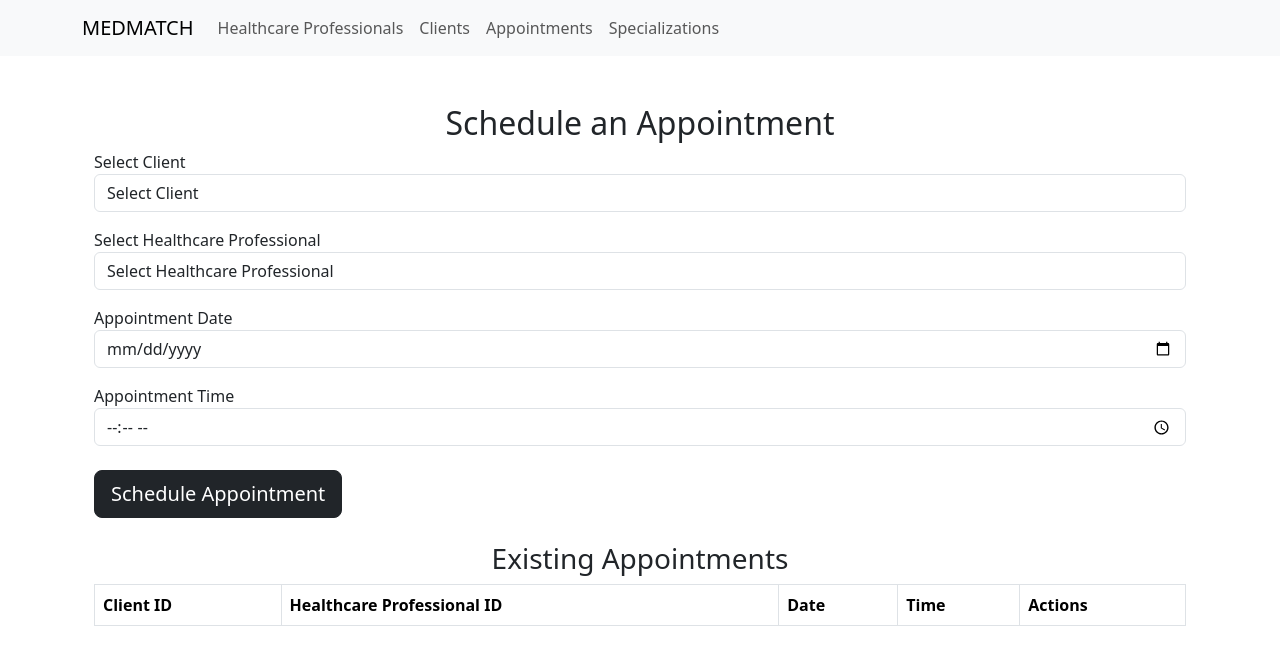
Repository: fahma20/medmatch-platform
Page: /appointments (app in client/)
An editor plug-in stored every save of this project. The page is shown before and after a run of saves, followed by the edit.
The browser window is 1280 px wide. The pictures show the whole page.
The page's requests for data from a server got no answer. The project was rebuilt for these pictures with package versions that can differ from the ones it lists, and the page was loaded fresh each time. No one was signed in, and anything a server would have sent is missing. Also part of the build but not shown: client/src/components/Healthcareprofessionals.js, client/src/components/Specializations.js, client/src/components/Clients.js, client/src/components/Homepage.js.

Above is the page before, as saved 2025-01-31 10:20:24.

### client/src/index.js
import React from "react";
import ReactDOM from "react-dom";
import App from './components/App';  // Correct path to the App component


ReactDOM.render(
  <React.StrictMode>
    <App />
  </React.StrictMode>,
  document.getElementById("root")
);

### client/src/components/App.js
import React from 'react';
import { BrowserRouter as Router, Routes, Route } from 'react-router-dom';
import 'bootstrap/dist/css/bootstrap.min.css';

import HealthcareProfessionals from './Healthcareprofessionals'; // Ensure the correct name and casing
import Specializations from './Specializations';
import Appointments from './Appointments';
import Clients from './Clients';
import Navbar from './Navbar';
import HomePage from './Homepage'; // Corrected import to HomePage

const App = () => {
  return (
    <Router>
      <Navbar /> {/* Your Navbar component */}
      <div className="container mt-5">
        <Routes>
          {/* Add HomePage as the route for the root path */}
          <Route path="/" element={<HomePage />} /> {/* Home Page */}
          <Route path="/clients" element={<Clients />} />
          <Route path="/appointments" element={<Appointments />} />
          <Route path="/specializations" element={<Specializations />} />
          <Route path="/healthcare-professionals" element={<HealthcareProfessionals />} /> {/* Healthcare Professionals Page */}
        </Routes>
      </div>
    </Router>
  );
};

export default App;

### client/src/components/Appointments.js

/*
import React, { useState, useEffect } from 'react';
import { Formik, Field, Form, ErrorMessage } from 'formik';
import * as Yup from 'yup';

const Appointments = () => {
  const [appointments, setAppointments] = useState([]);

  // Fetch appointments
  useEffect(() => {
    const fetchAppointments = async () => {
      try {
        const response = await fetch('http://127.0.0.1:5000/api/appointments');
        const data = await response.json();
        setAppointments(data);
      } catch (error) {
        console.error('Error fetching appointments:', error);
      }
    };
    fetchAppointments();
  }, []);

  // Validation schema for creating/editing appointment
  const validationSchema = Yup.object({
    clientId: Yup.number().required('Client ID is required'),
    doctorId: Yup.number().required('Doctor ID is required'),
    appointmentDate: Yup.date().required('Appointment date is required'),
  });

  // Handle form submission (create new appointment)
  const handleSubmit = async (values, { resetForm }) => {
    try {
      const response = await fetch('http://127.0.0.1:5000/api/appointments', {
        method: 'POST',
        headers: {
          'Content-Type': 'application/json',
        },
        body: JSON.stringify(values),
      });

      if (!response.ok) {
        console.error('Error adding appointment:', response);
        return;
      }

      const newAppointment = await response.json();
      setAppointments((prevAppointments) => [...prevAppointments, newAppointment]);
      resetForm();
    } catch (error) {
      console.error('Error adding appointment:', error);
    }
  };

  // Handle deleting an appointment
  const handleDelete = async (id) => {
    try {
      const response = await fetch(`http://127.0.0.1:5000/api/appointments/${id}`, {
        method: 'DELETE',
      });

      if (!response.ok) {
        console.error('Error deleting appointment:', response);
        return;
      }

      setAppointments((prevAppointments) =>
        prevAppointments.filter((appointment) => appointment.id !== id)
      );
    } catch (error) {
      console.error('Error deleting appointment:', error);
    }
  };

  return (
    <div>
      <h2>Appointments</h2>

      <Formik
        initialValues={{
          clientId: '',
          doctorId: '',
          appointmentDate: '',
        }}
        validationSchema={validationSchema}
        onSubmit={handleSubmit}
      >
        <Form>
          <div className="form-group">
            <label htmlFor="clientId">Client ID</label>
            <Field
              type="number"
              id="clientId"
              name="clientId"
              className="form-control"
            />
            <ErrorMessage name="clientId" component="div" className="text-danger" />
          </div>

          <div className="form-group">
            <label htmlFor="doctorId">Doctor ID</label>
            <Field
              type="number"
              id="doctorId"
              name="doctorId"
              className="form-control"
            />
            <ErrorMessage name="doctorId" component="div" className="text-danger" />
          </div>

          <div className="form-group">
            <label htmlFor="appointmentDate">Appointment Date</label>
            <Field
              type="date"
              id="appointmentDate"
              name="appointmentDate"
              className="form-control"
            />
            <ErrorMessage name="appointmentDate" component="div" className="text-danger" />
          </div>

          <button type="submit" className="btn btn-primary">Add Appointment</button>
        </Form>
      </Formik>

      <div className="mt-4">
        <h3>Appointments List</h3>
        {appointments.length === 0 ? (
          <p>No appointments available.</p>
        ) : (
          appointments.map((appointment) => (
            <div key={appointment.id} className="card mb-3">
              <div className="card-body">
                <h5 className="card-title">Appointment ID: {appointment.id}</h5>
                <p className="card-text">
                  <strong>Client ID:</strong> {appointment.clientId}
                </p>
                <p className="card-text">
                  <strong>Doctor ID:</strong> {appointment.doctorId}
                </p>
                <p className="card-text">
                  <strong>Date:</strong> {new Date(appointment.appointmentDate).toLocaleDateString()}
                </p>
                <button
                  className="btn btn-danger"
                  onClick={() => handleDelete(appointment.id)}
                >
                  Delete
                </button>
              </div>
            </div>
          ))
        )}
      </div>
    </div>
  );
};

export default Appointments;
*/
import React, { useState, useEffect } from 'react';

const Appointments = () => {
    const [clients, setClients] = useState([]);
    const [professionals, setProfessionals] = useState([]);
    const [appointments, setAppointments] = useState([]);
    const [appointmentDate, setAppointmentDate] = useState('');
    const [appointmentTime, setAppointmentTime] = useState('');
    const [clientId, setClientId] = useState('');
    const [professionalId, setProfessionalId] = useState('');
    const [message, setMessage] = useState('');

    // Fetch clients and healthcare professionals
    useEffect(() => {
        const fetchClients = async () => {
            const response = await fetch('http://127.0.0.1:5000/api/clients');
            const data = await response.json();
            setClients(data);
        };

        const fetchProfessionals = async () => {
            const response = await fetch('http://127.0.0.1:5000/api/healthcare_professionals');
            const data = await response.json();
            setProfessionals(data);
        };

        const fetchAppointments = async () => {
            const response = await fetch('http://127.0.0.1:5000/api/appointments');
            const data = await response.json();
            setAppointments(data);
        };

        fetchClients();
        fetchProfessionals();
        fetchAppointments();
    }, []);

    // Handle form submission for creating appointment
    const handleSubmit = async (e) => {
        e.preventDefault();

        const newAppointment = {
            client_id: clientId,
            healthcare_professional_id: professionalId,
            date: appointmentDate,
            time: appointmentTime,
        };

        try {
            const response = await fetch('http://127.0.0.1:5000/api/appointments', {
                method: 'POST',
                headers: {
                    'Content-Type': 'application/json',
                },
                body: JSON.stringify(newAppointment),
            });

            if (response.ok) {
                const result = await response.json();
                setAppointments((prevAppointments) => [...prevAppointments, result]);
                setMessage('Appointment scheduled successfully!');
                resetForm();
            }
            }
         catch (error) {
            setMessage('Error connecting to the server.');
        }
    };

    // Reset form fields after submitting
    const resetForm = () => {
        setClientId('');
        setProfessionalId('');
        setAppointmentDate('');
        setAppointmentTime('');
    };

    // Handle deleting an appointment
    const handleDelete = async (appointmentId) => {
        try {
            const response = await fetch(`http://127.0.0.1:5000/api/appointments/${appointmentId}`, {
                method: 'DELETE',
            });

            if (response.ok) {
                setAppointments((prevAppointments) => prevAppointments.filter(appointment => appointment.id !== appointmentId));
                setMessage('Appointment deleted successfully!');
            } else {
                setMessage('There was an issue deleting the appointment.');
            }
        } catch (error) {
            setMessage('Error connecting to the server.');
        }
    };

    return (
        <div className="container mt-4">
            <h2 className="text-center">Schedule an Appointment</h2>
            <form onSubmit={handleSubmit}>
                <div className="form-group">
                    <label>Select Client</label>
                    <select
                        className="form-control"
                        value={clientId}
                        onChange={(e) => setClientId(e.target.value)}
                    >
                        <option value="">Select Client</option>
                        {clients.map((client) => (
                            <option key={client.id} value={client.id}>
                                {client.name}
                            </option>
                        ))}
                    </select>
                </div>
                <div className="form-group mt-3">
                    <label>Select Healthcare Professional</label>
                    <select
                        className="form-control"
                        value={professionalId}
                        onChange={(e) => setProfessionalId(e.target.value)}
                    >
                        <option value="">Select Healthcare Professional</option>
                        {professionals.map((professional) => (
                            <option key={professional.id} value={professional.id}>
                                {professional.name}
                            </option>
                        ))}
                    </select>
                </div>
                <div className="form-group mt-3">
                    <label>Appointment Date</label>
                    <input
                        type="date"
                        className="form-control"
                        value={appointmentDate}
                        onChange={(e) => setAppointmentDate(e.target.value)}
                        required
                    />
                </div>
                <div className="form-group mt-3">
                    <label>Appointment Time</label>
                    <input
                        type="time"
                        className="form-control"
                        value={appointmentTime}
                        onChange={(e) => setAppointmentTime(e.target.value)}
                        required
                    />
                </div>
                <button type="submit" className="btn btn-dark btn-lg mt-4">
                    Schedule Appointment
                </button>
            </form>

            {message && <div className="mt-4 alert alert-info">{message}</div>}

            <div className="mt-4">
                <h3 className="text-center">Existing Appointments</h3>
                <table className="table table-bordered">
                    <thead>
                        <tr>
                            <th>Client ID</th>
                            <th>Healthcare Professional ID</th>
                            <th>Date</th>
                            <th>Time</th>
                            <th>Actions</th>
                        </tr>
                    </thead>
                    <tbody>
                        {appointments.map((appointment) => (
                            <tr key={appointment.id}>
                                <td>{appointment.client_id}</td>
                                <td>{appointment.healthcare_professional_id}</td>
                                <td>{appointment.date}</td>
                                <td>{appointment.time}</td>
                                <td>
                                    <button
                                        className="btn btn-dark"
                                        onClick={() => handleDelete(appointment.id)}
                                    >
                                        Delete
                                    </button>
                                </td>
                            </tr>
                        ))}
                    </tbody>
                </table>
            </div>
        </div>
    );
};

export default Appointments;

### client/src/components/Navbar.js
/*import React from 'react';
import { Link } from 'react-router-dom';

const Navbar = () => {
  return (
    <nav className="navbar navbar-expand-lg navbar-light bg-light">
      <a className="navbar-brand" href="/">MedMatch</a>
      <div className="collapse navbar-collapse">
        <ul className="navbar-nav ml-auto">
          <li className="nav-item">
            <Link className="nav-link" to="/">Healthcare Professionals</Link>
          </li>
          <li className="nav-item">
            <Link className="nav-link" to="/clients">Clients</Link>
          </li>
          <li className="nav-item">
            <Link className="nav-link" to="/appointments">Appointments</Link>
          </li>
        </ul>
      </div>
    </nav>
  );
};

export default Navbar;
*/

// Navbar.js
import React from 'react';
import { Link } from 'react-router-dom';

const Navbar = () => {
  return (
    <nav className="navbar navbar-expand-lg navbar-light bg-light">
      <div className="container">
        <Link className="navbar-brand" to="/">MEDMATCH</Link>
        <button
          className="navbar-toggler"
          type="button"
          data-bs-toggle="collapse"
          data-bs-target="#navbarNav"
          aria-controls="navbarNav"
          aria-expanded="false"
          aria-label="Toggle navigation"
        >
          <span className="navbar-toggler-icon"></span>
        </button>
        <div className="collapse navbar-collapse" id="navbarNav">
          <ul className="navbar-nav">
            <li className="nav-item">
              <Link className="nav-link" to="/healthcare-professionals">Healthcare Professionals</Link>
            </li>
            <li className="nav-item">
              <Link className="nav-link" to="/clients">Clients</Link>
            </li>
            <li className="nav-item">
              <Link className="nav-link" to="/appointments">Appointments</Link>
            </li>
            <li className="nav-item">
              <Link className="nav-link" to="/specializations">Specializations</Link>
            </li>
          </ul>
        </div>
      </div>
    </nav>
  );
};

export default Navbar;

Loaded but not shown: client/public/index.html (common file)

After the next 2 saves:
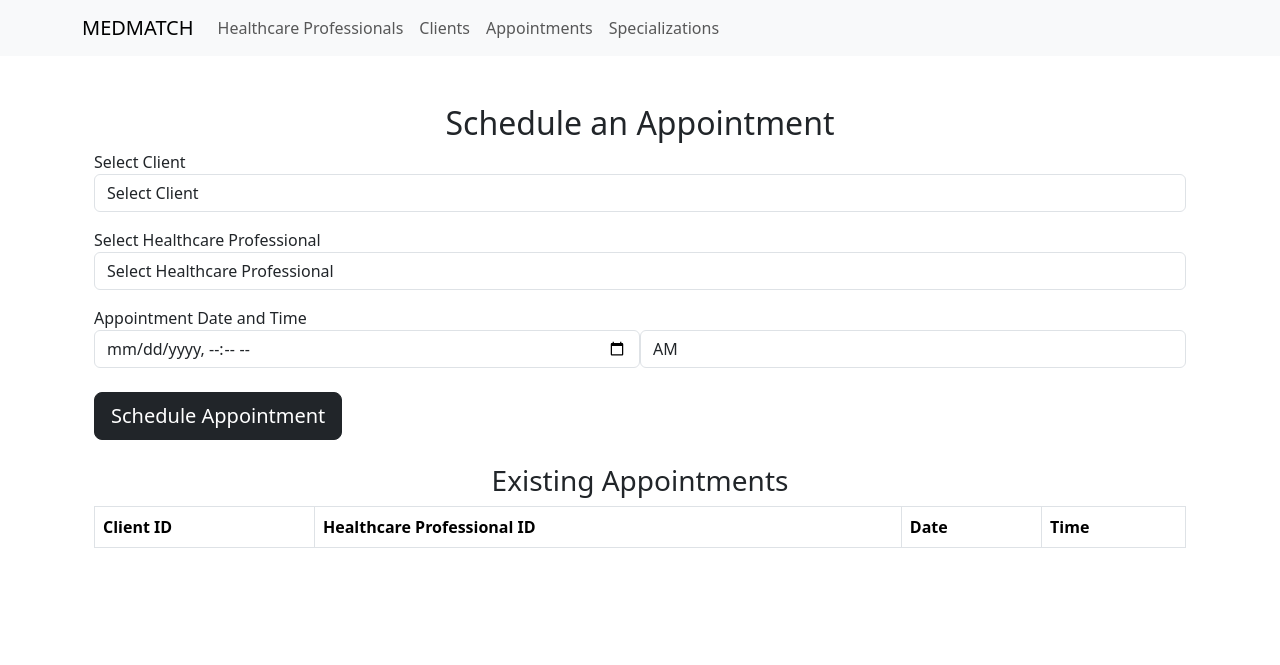
The 2 saves are shown as one change because they came seconds apart.
The last was saved 7 min 44 s later.
--- a/client/src/components/Appointments.js
+++ b/client/src/components/Appointments.js
@@ -166,6 +166,7 @@ const Appointments = () => {
     const [appointments, setAppointments] = useState([]);
     const [appointmentDate, setAppointmentDate] = useState('');
     const [appointmentTime, setAppointmentTime] = useState('');
+    const [appointmentTimeAMPM, setAppointmentTimeAMPM] = useState('AM'); // AM/PM state
     const [clientId, setClientId] = useState('');
     const [professionalId, setProfessionalId] = useState('');
     const [message, setMessage] = useState('');
@@ -199,11 +200,13 @@ const Appointments = () => {
     const handleSubmit = async (e) => {
         e.preventDefault();
 
+        // Combine the date and time with AM/PM
+        const fullDateTime = `${appointmentDate} ${appointmentTime} ${appointmentTimeAMPM}`;
+
         const newAppointment = {
             client_id: clientId,
             healthcare_professional_id: professionalId,
-            date: appointmentDate,
-            time: appointmentTime,
+            datetime: fullDateTime,
         };
 
         try {
@@ -217,40 +220,24 @@ const Appointments = () => {
 
             if (response.ok) {
                 const result = await response.json();
+                // Add the newly created appointment to the appointments list without refreshing
                 setAppointments((prevAppointments) => [...prevAppointments, result]);
                 setMessage('Appointment scheduled successfully!');
                 resetForm();
+            } else {
+                setMessage('There was an issue scheduling the appointment.');
             }
-            }
-         catch (error) {
+        } catch (error) {
             setMessage('Error connecting to the server.');
         }
     };
 
-    // Reset form fields after submitting
     const resetForm = () => {
         setClientId('');
         setProfessionalId('');
         setAppointmentDate('');
         setAppointmentTime('');
-    };
-
-    // Handle deleting an appointment
-    const handleDelete = async (appointmentId) => {
-        try {
-            const response = await fetch(`http://127.0.0.1:5000/api/appointments/${appointmentId}`, {
-                method: 'DELETE',
-            });
-
-            if (response.ok) {
-                setAppointments((prevAppointments) => prevAppointments.filter(appointment => appointment.id !== appointmentId));
-                setMessage('Appointment deleted successfully!');
-            } else {
-                setMessage('There was an issue deleting the appointment.');
-            }
-        } catch (error) {
-            setMessage('Error connecting to the server.');
-        }
+        setAppointmentTimeAMPM('AM');
     };
 
     return (
@@ -272,6 +259,7 @@ const Appointments = () => {
                         ))}
                     </select>
                 </div>
+
                 <div className="form-group mt-3">
                     <label>Select Healthcare Professional</label>
                     <select
@@ -287,26 +275,28 @@ const Appointments = () => {
                         ))}
                     </select>
                 </div>
+
                 <div className="form-group mt-3">
-                    <label>Appointment Date</label>
-                    <input
-                        type="date"
-                        className="form-control"
-                        value={appointmentDate}
-                        onChange={(e) => setAppointmentDate(e.target.value)}
-                        required
-                    />
+                    <label>Appointment Date and Time</label>
+                    <div className="d-flex">
+                        <input
+                            type="datetime-local"
+                            className="form-control"
+                            value={appointmentDate}
+                            onChange={(e) => setAppointmentDate(e.target.value)}
+                            required
+                        />
+                        <select
+                            className="form-control ml-2"
+                            value={appointmentTimeAMPM}
+                            onChange={(e) => setAppointmentTimeAMPM(e.target.value)}
+                        >
+                            <option value="AM">AM</option>
+                            <option value="PM">PM</option>
+                        </select>
+                    </div>
                 </div>
-                <div className="form-group mt-3">
-                    <label>Appointment Time</label>
-                    <input
-                        type="time"
-                        className="form-control"
-                        value={appointmentTime}
-                        onChange={(e) => setAppointmentTime(e.target.value)}
-                        required
-                    />
-                </div>
+
                 <button type="submit" className="btn btn-dark btn-lg mt-4">
                     Schedule Appointment
                 </button>
@@ -323,7 +313,6 @@ const Appointments = () => {
                             <th>Healthcare Professional ID</th>
                             <th>Date</th>
                             <th>Time</th>
-                            <th>Actions</th>
                         </tr>
                     </thead>
                     <tbody>
@@ -331,16 +320,8 @@ const Appointments = () => {
                             <tr key={appointment.id}>
                                 <td>{appointment.client_id}</td>
                                 <td>{appointment.healthcare_professional_id}</td>
-                                <td>{appointment.date}</td>
-                                <td>{appointment.time}</td>
-                                <td>
-                                    <button
-                                        className="btn btn-dark"
-                                        onClick={() => handleDelete(appointment.id)}
-                                    >
-                                        Delete
-                                    </button>
-                                </td>
+                                <td>{appointment.datetime.split(' ')[0]}</td>
+                                <td>{appointment.datetime.split(' ')[1]}</td>
                             </tr>
                         ))}
                     </tbody>
